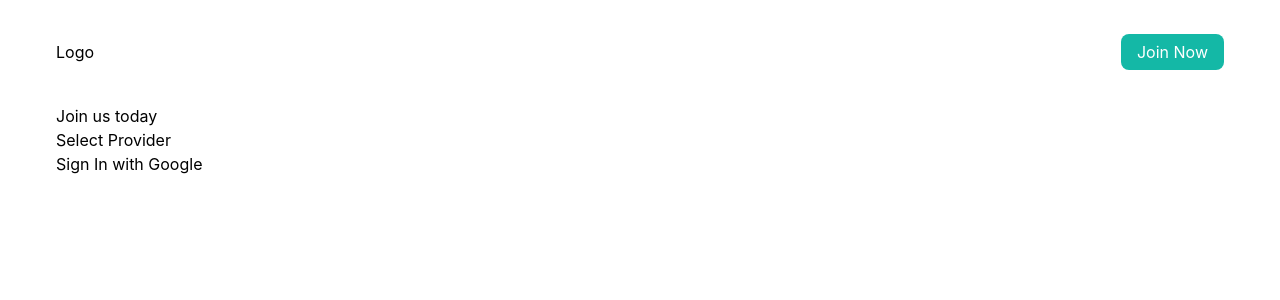
Repository: arafatmollah/auth-app
Page: /auth/login
The author's editor kept a copy of each file at every save. The page is drawn from the files as they stood at one save, then again after a run of saves.
The browser window is 1280 px wide. The pictures show the whole page.
The project was rebuilt for these pictures with package versions that can differ from the ones it lists, and the page was loaded fresh each time. The framework's server and built-in components were replaced by stand-ins that run in the browser. Also part of the build but not shown: next.config.js.

Above is the page before, as saved 2022-10-03 16:25:43.

### pages/_app.js
import '../styles/globals.css'
import Layout from '../components/Layout'

function MyApp({ Component, pageProps }) {
 return(
  <Layout>
  <Component {...pageProps} />
 </Layout>
 )
}

export default MyApp

### pages/auth/login.js
import React from 'react'

export default function () {
  return (
    <div>
        <h2>Join us today</h2>
        <div>
            <p>Select Provider</p>
            <div>
                <button>Sign In with Google</button>
            </div>
        </div>
    </div>
  )
}

### components/Layout.js
import React from 'react'
import Nav from './Nav'

export default function Layout({children}) {
  return (
    <div className='mx-14'>
       <Nav></Nav>
        <main>
        {children}
        </main>
        </div>
  )
}

### components/Nav.js
import React from 'react'
import Link from 'next/link'

function Nav() {
  return (
    <div>
        <nav className='flex justify-between items-center py-10'>
        <Link href="/">Logo</Link>
        <ul>
            <Link href="/auth">
            <a className='py-2 px-4 bg-teal-500 my-5 rounded-lg text-white'>Join Now</a>
            </Link>
        </ul>
        </nav>
    </div>
  )
}

export default Nav

Loaded but not shown: styles/globals.css (common file); tailwind.config.js (common file)

After the next 2 saves:
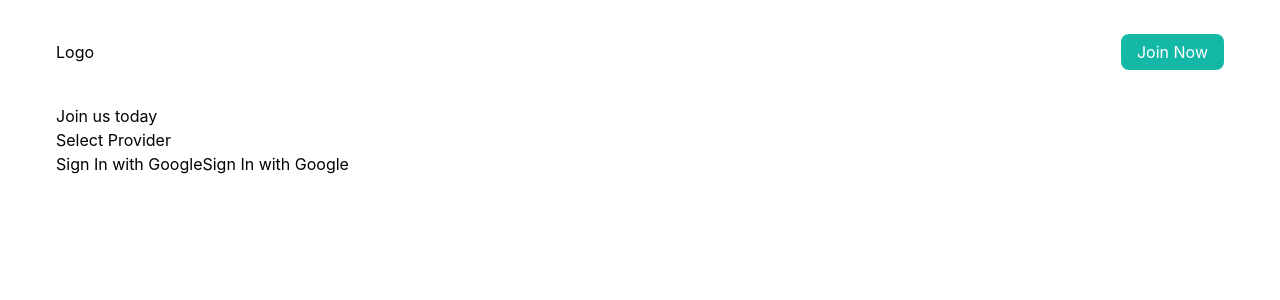
The 2 saves are shown as one change because they came seconds apart.
The last was saved 15 s later.
--- a/pages/auth/login.js
+++ b/pages/auth/login.js
@@ -8,6 +8,7 @@ export default function () {
             <p>Select Provider</p>
             <div>
                 <button>Sign In with Google</button>
+                <button>Sign In with Google</button>
             </div>
         </div>
     </div>
